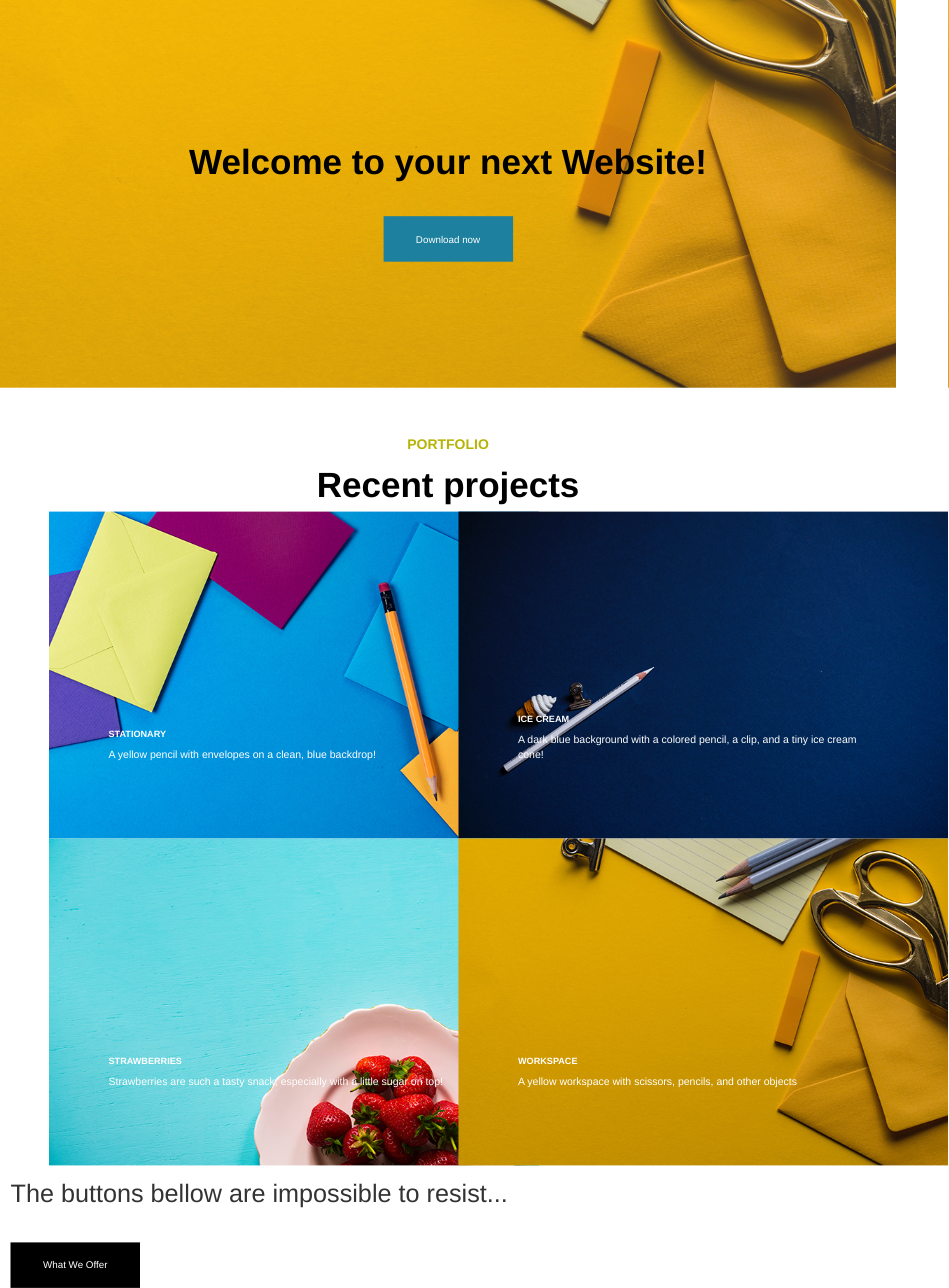
Repository: codin-full-stack/tomasz
Page: http://localhost/tomasz/portfolio/index.php
These files come from the project's save history. The page is drawn as it stood at one moment and after a run of saves; the edit follows.
The browser window is 1280 px wide. The page is 1355 px wide, so the pictures cover 1355 px, including what lies to the right of the window. The pictures show the part of the page from y = 1877 to 3717 px (the page is 3717 px tall before and 3638 px after), at 70% of full size.
Some web libraries are served in a nearby version. The page is run by PHP 8.4 with error messages shown; the project is at /var/www/html/.

Above is the page before, as saved 2018-10-23 09:20:32.

After the next 4 saves:
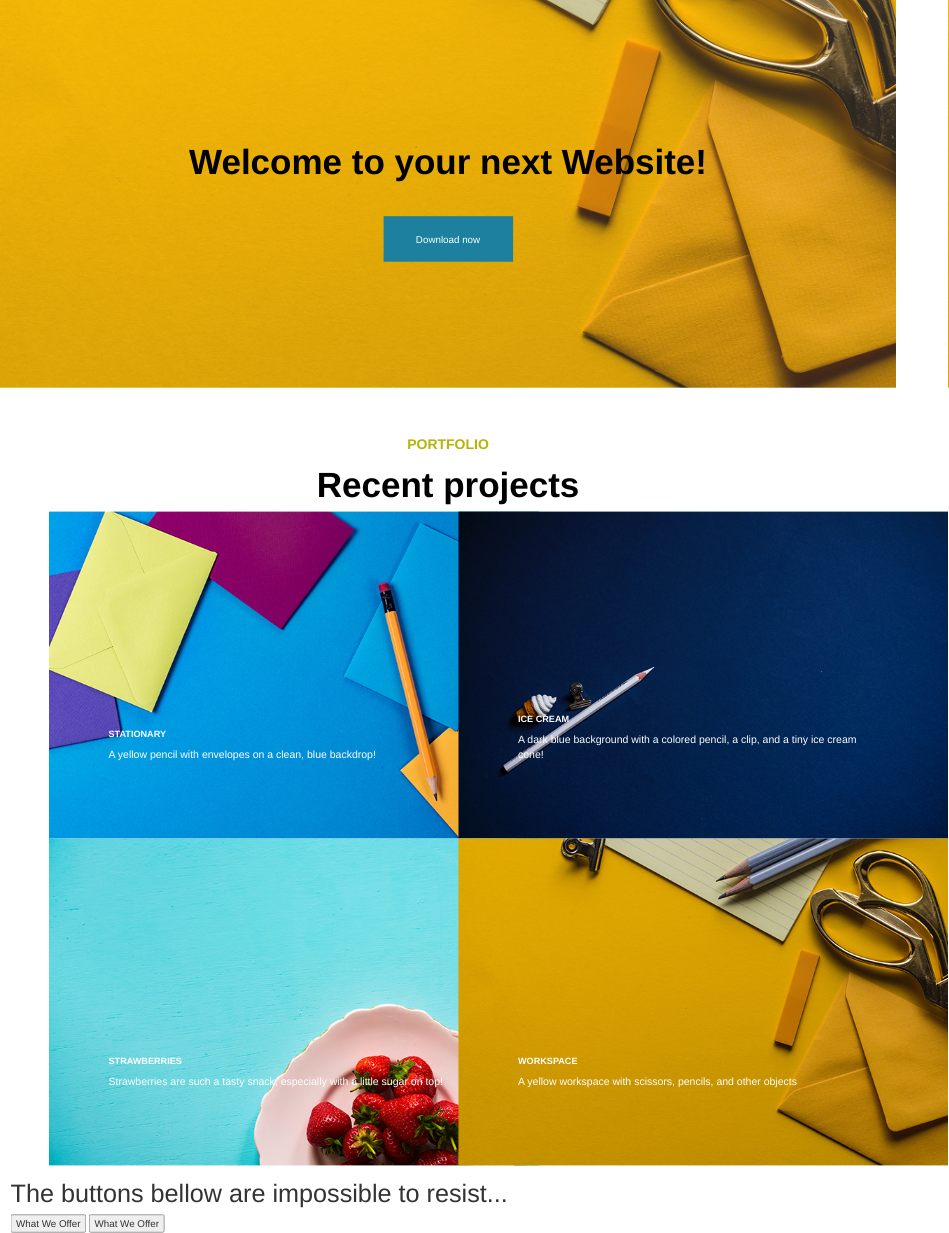
The 4 saves are shown as one change because they came seconds apart.
The last was saved 14 s later.
--- a/portfolio/index.php
+++ b/portfolio/index.php
@@ -121,7 +121,8 @@
       <div class="container-fluid flex">
         <div class="textbox7">
           <h1 class="maintext7">The buttons bellow are impossible to resist...</h1>
-          <button class="button2">What We Offer</button>
+          <button class="button7-1">What We Offer</button>
+          <button class="button7-2">What We Offer</button>
         </div>
       </div>
     </section>
